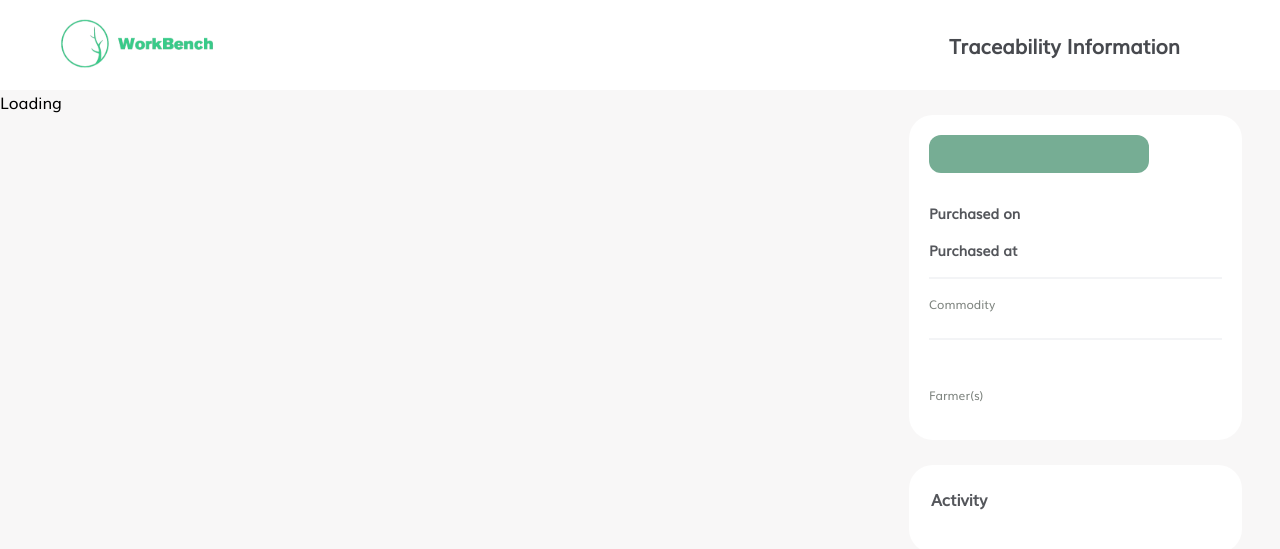
Repository: Hamezry/Traceability-Page
Page: /
An editor plug-in stored every save of this project. The page is shown before and after the next save, followed by the edit.
The browser window is 1280 px wide. The pictures show the whole page.
The page's requests for data from a server got no answer. The project was rebuilt for these pictures with package versions that can differ from the ones it lists, and the page was loaded fresh each time. No one was signed in, and anything a server would have sent is missing.

Above is the page before, as saved 2022-09-16 17:20:42.

### public/index.html
<!DOCTYPE html>
<html lang="en">
  <head>
    <meta charset="utf-8" />
    <meta name="viewport" content="width=device-width, initial-scale=1" />
    <meta name="theme-color" content="#000000" />
    <meta
      name="description"
      content="Web site created using create-react-app"
    />
    <link rel="preconnect" href="https://fonts.googleapis.com">
    <link rel="preconnect" href="https://fonts.gstatic.com" crossorigin>
    <!-- <link href="https://fonts.googleapis.com/css2?family=Mulish:wght@300;400;600&display=swap" rel="stylesheet"> -->
    <title>Traceability page</title>
  </head>
  <body>
    <noscript>You need to enable JavaScript to run this app.</noscript>
    <div id="root"></div>

  </body>
</html>

### src/index.css
@tailwind base;
@tailwind components;
@tailwind utilities;

@font-face {
    font-family: 'Muli';
    src: local('Muli'), url("./fonts/Muli-Regular.ttf") format("truetype");
}


@font-face {
    font-family: 'Muli';
    src: url('./fonts/Muli-Regular.ttf') format("truetype");
}

body {
    font-family: 'Muli' !important;
}

### src/App.js
import './index.css';
import Navbar from './components/Navbar';
import Information from './components/Information';
import Sidemap from './components/Sidemap';
import { BrowserRouter, Route, Routes } from 'react-router-dom';

function App() {
  return (
    <BrowserRouter>

      <Routes>

          <Route path='/' element={
            <div>
              <Navbar />
              <div className="lg:flex lg:justify-between w-full  lg:h-[calc(100vh-90px)] lg:overflow-y-hidden bg-[#f8f7f7]">
                <Sidemap />
                <Information />
              </div>

            </div>

          } />

      </Routes>
    </BrowserRouter>
  );
}

export default App;

### src/components/Navbar.js
import React from 'react'
import logo from '../Assets/logo.svg'

const Navbar = () => {
  return (
    <div className='w-full flex justify-center h-[90px] bg-white sticky font-muli  z-30  top-0 lg:items-center lg:justify-between '>

        <img src= {logo} alt='nav-icon' className='h-[80px] w-[188px] lg:ml-[50px]'/>
        <p className='hidden lg:block mr-[230px] xl:mr-[100px] 2xl:mr-[320px] text-[#47494E] font-semibold  text-[20px]'>Traceability Information</p>

    </div>
  )
}

export default Navbar

### src/components/Information.js
import React, { useEffect, useState } from 'react'
import image1 from '../Assets/image-2.png'
import purchased from '../Assets/purchase.svg'
import axios from 'axios'
import { useLocation } from 'react-router-dom'



function Information() {

    const [list, setList] = useState([])
    const search = useLocation().search;
    const qr_code = new URLSearchParams(search).get('qr_code')

    useEffect(() => {
        axios.get(`https://wb3test.afexnigeria.com/WB3/api/v1/traceability/info/${qr_code}`)
            .then(res => {
                setList(res.data.data)
                console.log(res.data)
            }).catch(err => {
                console.log(err)
            })
    }, [qr_code])


    return (
        <div className='lg:h-full  lg:w-[32%] font-muli lg:overflow-y-auto'>

            <div id="TQC" className=" z-10  top-0 flex lg:flex  flex-col px-[20px]">

                <div className="flex-1 flex bg-white lg:w-[90%] lg:mx-auto lg:mt-[25px] flex-col h-[556px] p-[20px] rounded-3xl">

                    {/*TQC */}
                    <div className='mb-4 border-b-2 border-b-gray-100 '>
                        <div className='bg-[#76AD94] text-white text-center py-2 font-semibold text-[16px] max-w-[220px] h-[38px] mb-[30px] rounded-xl'> <p>{list.qr_code}</p></div>
                        <p className='text-[#54565B] text-[14px] mb-4 font-semibold'>Purchased on <span className='font-normal'>{list.purchased_on}</span></p>
                        <p className=' text-[#54565B] text-[14px] mb-4 font-semibold'>Purchased at <span className='font-normal'>{list.purchased_at}</span></p>

                    </div>

                    <div className='mb-4 border-b-2  border-b-gray-100 '>
                        <p className='text-[#7C827D] text-[12px] mb-[25px] '>Commodity</p>
                        <p className='text-[#47494E] text-[14px] mb-4 font-medium '>{list.commodity}</p>

                    </div>

                    <div className='mt-[30px] mb-4'>

                        <p className='text-[#7C827D] text-[12px]'>Farmer(s)</p>

                        {
                            list?.farmers?.map((item, index) => {
                                return (
                                    <div key={index} className='w-[232px] h-[71px] shadow p-3 flex items-center mt-[20px] rounded-xl'>
                                        <img src={image1} alt='profilepic' />
                                        <p className='text-[#47494E] text-[16px] ml-5  font-medium '>{item.first_name} {item.last_name}<br /> <span className='text-[#707673] text-[12px]'>{item.age} years &nbsp; | &nbsp;  {item.gender}</span></p>
                                    </div>
                                )
                            })
                        }



                    </div>


                </div>



            </div>




            <div id="Activity" className=" top-0 flex lg:flex flex-shrink-0 flex-col px-[20px] transition-width duration-75">

                <div className="flex-1 flex bg-white lg:w-[90%] lg:mx-auto mt-[25px] mb-5 flex-col  h-[900px] p-[22px] rounded-3xl ">

                    <p className='text-[#54565B] mb-5 font-semibold text-[16px]'>Activity</p>

                    {list?.activities?.map((item, index) =>

                        <div key={index} className='flex 2xl:justify-between stroke-amber-50 text-[#7C827D] 2xl:px-5 lg:px-0 text-[11px]'>

                            <div className='flex gap-2 xl:gap-2 md:gap-8'>

                                <div className='flex flex-col items-center'>
                                    <img src={purchased} alt='recp' />
                                    <div className='border border-dotted border-[#7C827D] min-h-[100px] max-h-[120px] w-[1px]'></div>

                                </div>
                                <div className='flex flex-col lg:w-[180px] md:w-[270px] w-[130px]' >
                                    <p className='font-semibold mt-2 lg:text-[13px]'>{item.action} </p>
                                    <span className='text-[#7C827D] text-[9px] mt-2 lg:text-[11px]'>{item.description}</span>
                                </div>



                            </div>
                            <p className='text-[#76AD94] text-[9px] mt-2 xl:text-[10px]'> <span>{item.created}</span> </p>

                        </div>
                    )}






                </div>





            </div>


        </div>);
}

export default Information

### src/components/Sidemap.js
import React from 'react'
import {useJsApiLoader, GoogleMap, Marker} from '@react-google-maps/api';

const center = {lat:48.8584, lng:2.294}

function Sidemap() {

  const { isLoaded } = useJsApiLoader({
    googleMapsApiKey:process.env.REACT_APP_GOOGLE_MAPS_API_KEY,
  });

  if (!isLoaded){
    return <h1>Loading</h1>
  }
  return (

    <div class= "h-[600px] w-full lg:h-[calc(100vh-90px)] lg:w-[68%]">

      <div className='hidden lg:block p-4 lg:p-0 lg:w-full h-[100%]'>
          <GoogleMap
          mapContainerStyle={{width:'100%', height:'100%'}}
          center={center} zoom={15}
          options={{
            zoomControl:false,
            streetViewControl:false,
            mapTypeControl:false,
            fullscreenControl:false,
          }}
          >
            <Marker position={center}/>

          </GoogleMap>
      </div>

      <div className='lg:hidden p-4 lg:p-0 lg:w-full h-[100%]'>
          <GoogleMap
          mapContainerStyle={{width:'100%', height:'100%', borderRadius:'50px'}}
          center={center} zoom={15}
          options={{
            zoomControl:false,
            streetViewControl:false,
            mapTypeControl:false,
            fullscreenControl:false,
          }}
          >
            <Marker position={center}/>

          </GoogleMap>
      </div>


    </div>

  )
}

export default Sidemap

### tailwind.config.js

/** @type {import('tailwindcss').Config} */
module.exports = {
  content: [
    "./src/**/*.{js,jsx,ts,tsx}",
  ],
  theme: {
    extend: {
      fontFamily:{
        'Muli':['Muli', 'san-serif']
      }
    },
  },
  plugins: [],
}

Loaded but not shown: src/index.js (common file)

After the next save:
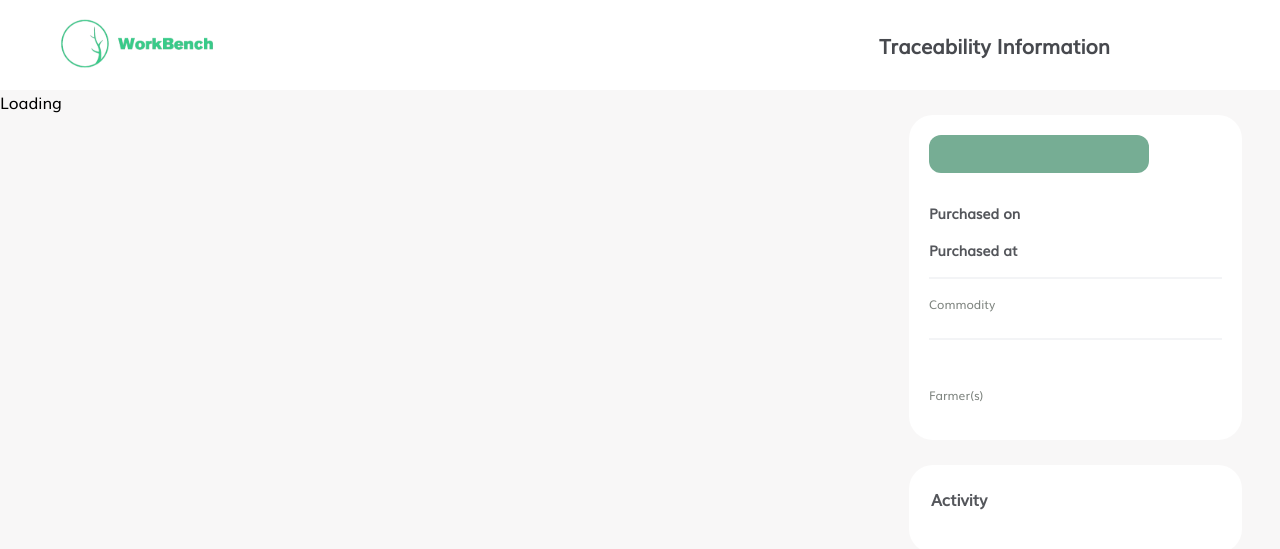
Saved 31 s later.
--- a/src/components/Navbar.js
+++ b/src/components/Navbar.js
@@ -6,7 +6,7 @@ const Navbar = () => {
     <div className='w-full flex justify-center h-[90px] bg-white sticky font-muli  z-30  top-0 lg:items-center lg:justify-between '>
 
         <img src= {logo} alt='nav-icon' className='h-[80px] w-[188px] lg:ml-[50px]'/>
-        <p className='hidden lg:block mr-[230px] xl:mr-[100px] 2xl:mr-[320px] text-[#47494E] font-semibold  text-[20px]'>Traceability Information</p>
+        <p className='hidden lg:block mr-[230px] xl:mr-[170px] 2xl:mr-[320px] text-[#47494E] font-semibold  text-[20px]'>Traceability Information</p>
 
     </div>
   )
